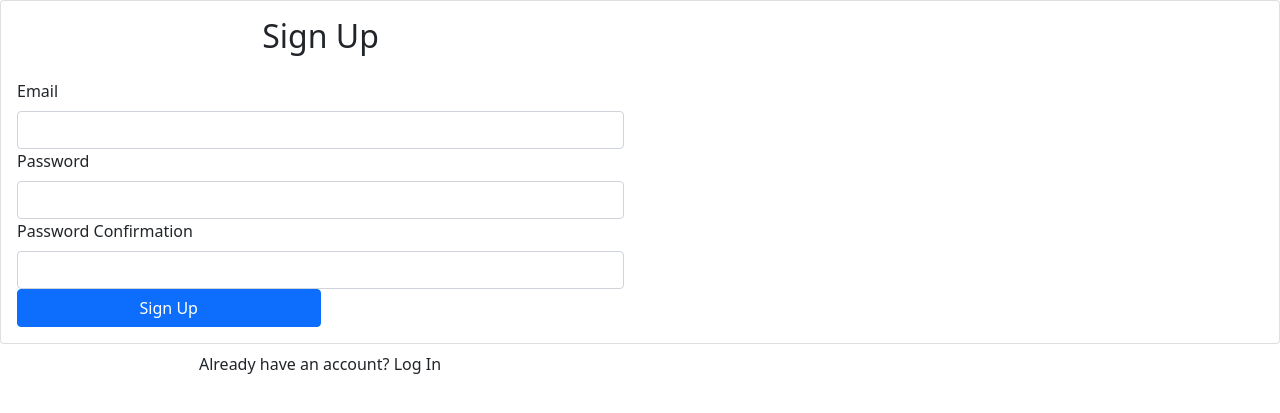
Repository: carinvid/reach-eshop
Page: /signup
These files come from the project's save history. The page is drawn as it stood at one moment and after the next save; the edit follows.
The browser window is 1280 px wide. The pictures show the whole page.
The page's requests for data from a server got no answer. The project was rebuilt for these pictures with package versions that can differ from the ones it lists, and the page was loaded fresh each time. No one was signed in, and anything a server would have sent is missing. Also part of the build but not shown: src/Header.css, src/Header.js, src/Home.css, src/Product.css, src/Product.js, src/Home.js, src/Checkout.css, src/CheckoutProduct.css and 7 more.

Above is the page before, as saved 2022-04-06 15:24:21.

### public/index.html
<!DOCTYPE html>
<html lang="en">
  <head>
    <meta charset="utf-8" />

    <meta name="viewport" content="width=device-width, initial-scale=1" />
    <meta name="theme-color" content="#000000" />

    <title>React App</title>
  </head>
  <body>

    <div id="root"></div>

  </body>
</html>

### src/index.js
import React from 'react';
import ReactDOM from 'react-dom';
import './index.css';
import App from './App';
import reducer, { initialState} from './reducer';
import { StateProvider } from './StateProvider';
import "bootstrap/dist/css/bootstrap.min.css"

ReactDOM.render(
  <React.StrictMode>
    <StateProvider initialState={initialState} reducer = { reducer }>
    <App />
    </StateProvider>
  </React.StrictMode>,
  document.getElementById('root')
);

### src/index.css
body {
  margin: 0;
  background-color: rgba(234, 237,237);
  font-family: -apple-system, BlinkMacSystemFont, 'Segoe UI', 'Roboto', 'Oxygen',
    'Ubuntu', 'Cantarell', 'Fira Sans', 'Droid Sans', 'Helvetica Neue',
    sans-serif;
  -webkit-font-smoothing: antialiased;
  -moz-osx-font-smoothing: grayscale;
}

code {
  font-family: source-code-pro, Menlo, Monaco, Consolas, 'Courier New',
    monospace;
}

### src/App.js

import './App.css';
import Header from "./Header"
import Home from "./Home";
import {BrowserRouter as Router, Route, Switch} from "react-router-dom"
import Checkout from './Checkout';
import Login from './Login';
import Signup from './Signup';

function App() {
  return (
    <div className="App">
      <Router>
        <Switch>
          <Route path="/login">
            <Login />
          </Route>
          <Route path="/signup">
            <Signup />
          </Route>
          <Route path="/checkout">
            <Header />
            <Checkout />
          </Route>
          <Route path="/" >
            <Header />
            <Home />
          </Route>
        </Switch>
      </Router>

    </div>)
}

export default App;

### src/Reducer.js
export const initialState = {
    basket: [],
};

export const getBasketTotal = (basket) => {
    return(basket?.reduce((amount, item) => item.price + amount, 0));
}

const reducer = (state, action) => {
    switch(action.type) {
        case "ADD_TO_BASKET":
            return {
                ...state,
                basket: [...state.basket, action.item],
            }
            case "REMOVE_FROM_BASKET" :
            const index = state.basket.findIndex(
                (basketItem) => basketItem.id === action.id
            );
            let newBasket = [...state.basket];

            if(index >= 0) {
                newBasket.splice(index, 1)
            } else {
                console.warn( `Can't remove product(id: ${action.id}) as it is not in the basket!`)
            }
            return {...state,basket: newBasket}

            default:
            return state;
    }

}

export default reducer;

### src/StateProvider.js
import React, {createContext, useContext, useReducer} from "react";

export const StateContext = createContext();


export const StateProvider = ({ reducer, initialState, children }) => {


    return (
    <StateContext.Provider value={useReducer(reducer, initialState)}>
        {children}
    </StateContext.Provider>
    )
};

export const useStateValue = () => useContext(StateContext);

### src/Signup.js
import React, { useRef } from 'react';
import { Form, Button, Card } from 'react-bootstrap'

export default function Signup() {
    const emailRef = useRef();
    const passwordRef = useRef();
    const passwordConfirmRef = useRef();


  return (
    <>
    <Card>
        <Card.Body className="w-50">
            <h2 className="text-center mb-4">Sign Up</h2>
            <Form >
                    <Form.Group id= 'email'>
                        <Form.Label>Email</Form.Label>
                        <Form.Control type="email" ref={emailRef} required ></Form.Control>
                    </Form.Group>
                    <Form.Group id="password">
                        <Form.Label>Password</Form.Label>
                        <Form.Control type="password" ref={passwordRef} required ></Form.Control>
                    </Form.Group>
                    <Form.Group id="password-confirm">
                        <Form.Label>Password Confirmation</Form.Label>
                        <Form.Control type="password" ref={passwordConfirmRef} required ></Form.Control>
                    </Form.Group>
                    <Button className="w-50" type="submit">Sign Up</Button>
            </Form>
        </Card.Body>
    </Card>
    <div className="w-50 text-center mt-2">
        Already have an account? Log In
    </div>
    </>
  )
}

Loaded but not shown: src/App.css (common file)

After the next save:
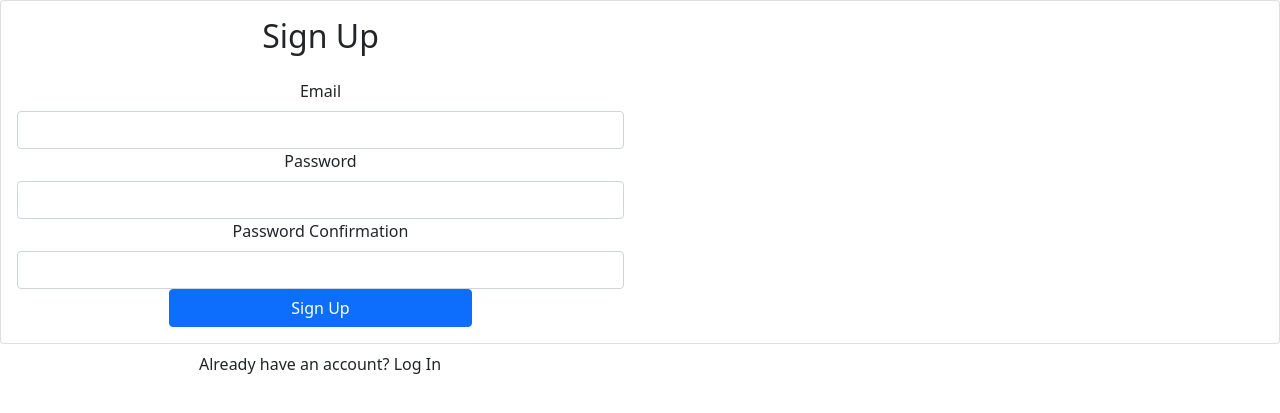
Saved 43 s later.
--- a/src/Signup.js
+++ b/src/Signup.js
@@ -9,7 +9,7 @@ export default function Signup() {
 
   return (
     <>
-    <Card>
+    <Card className="text-center">
         <Card.Body className="w-50">
             <h2 className="text-center mb-4">Sign Up</h2>
             <Form >
